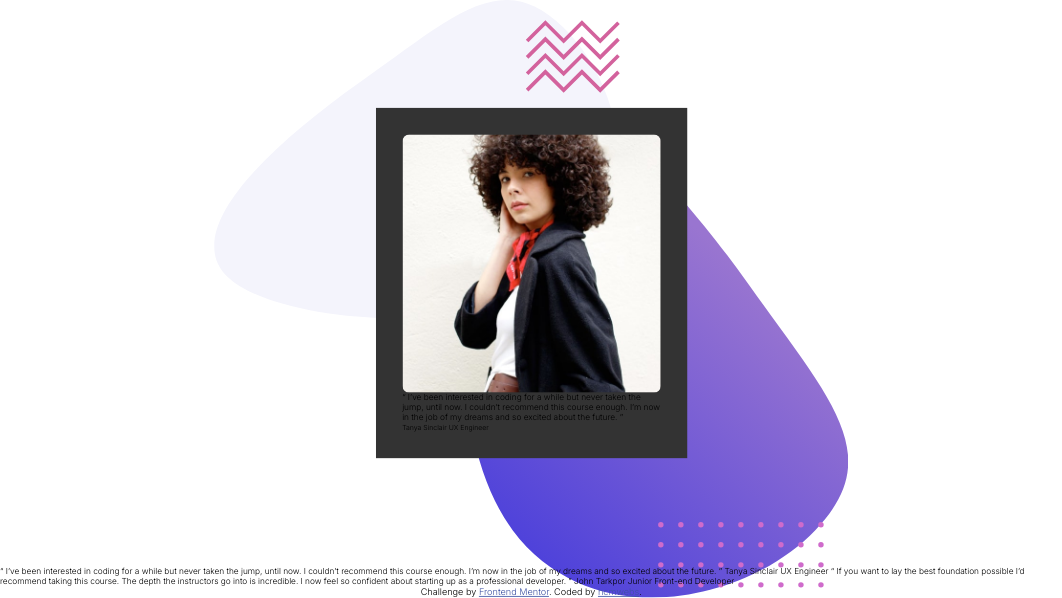
Repository: Hcmwebs/Coding-Bootcamp-Testimonials
Page: index.html
An editor plug-in stored every save of this project. The page is shown before and after the next save, followed by the edit.
The browser window is 1280 px wide. The pictures show the whole page, at 83% of full size.
The style sheet was rebuilt from its Sass, Less or Tailwind sources for each picture, by a compiler version that may differ from the author's.

Above is the page before, as saved 2020-10-29 14:36:35.

After the next save:
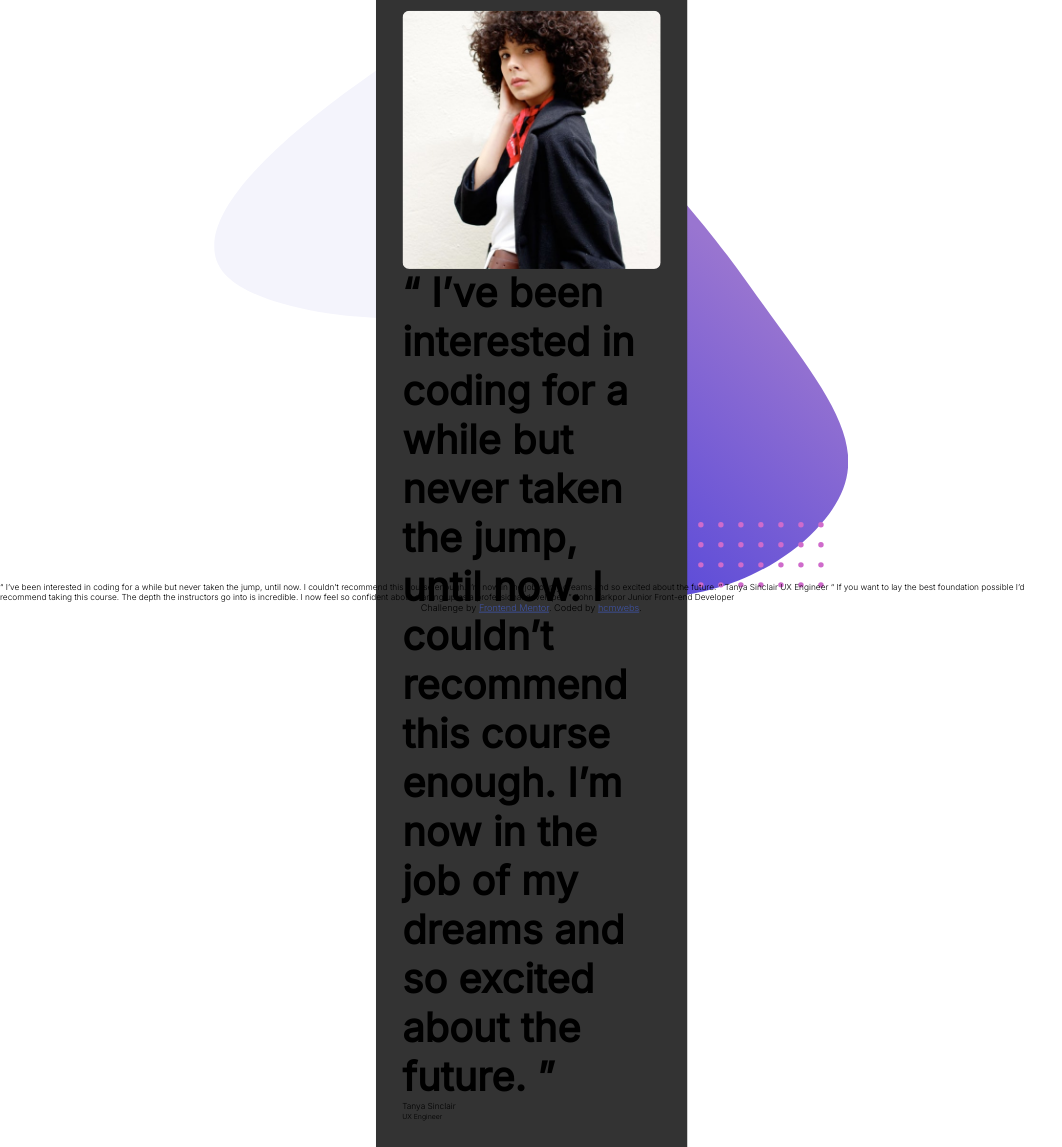
Saved 26 s later.
--- a/index.html
+++ b/index.html
@@ -36,13 +36,13 @@
           />
         </div>
         <div class="card__body">
-          <p>
+          <h2>
             “ I’ve been interested in coding for a while but never taken the
             jump, until now. I couldn’t recommend this course enough. I’m now in
             the job of my dreams and so excited about the future. ”
-          </p>
+          </h2>
           <div class="card__body--captiontxt">
-            <small>Tanya Sinclair </small>
+            <p>Tanya Sinclair</p>
             <small>UX Engineer </small>
           </div>
         </div>
